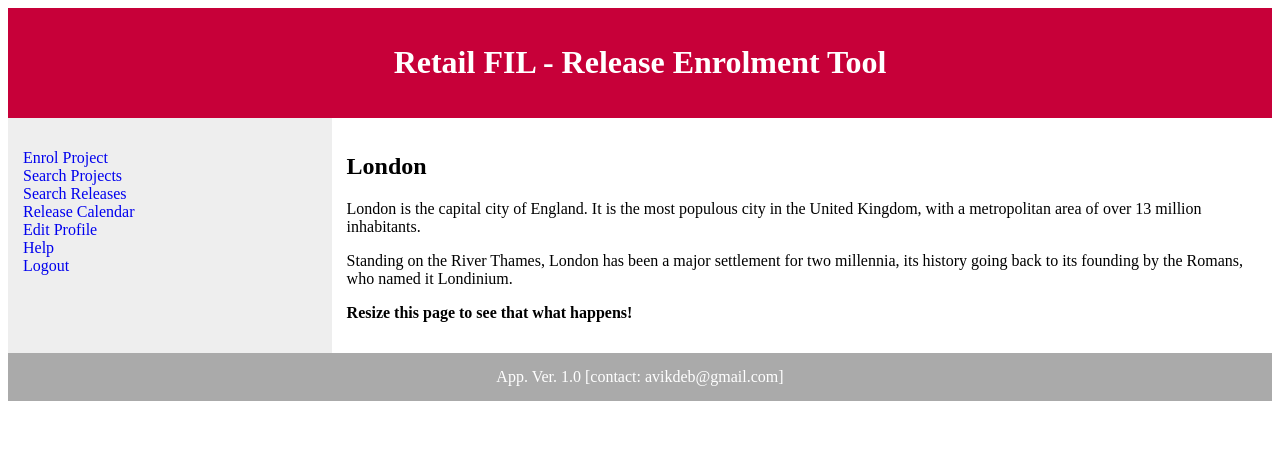
Repository: guribrar/enrolmentapp
Page: http://localhost/enrolmentapp/testlogin.jsp
These files come from the project's save history. The page is drawn as it stood at one moment and after the next save; the edit follows.
The browser window is 1280 px wide. The pictures show the whole page.
The page is served by Tomcat 9.

Above is the page before, as saved 2016-12-31 14:42:51.

After the next save:
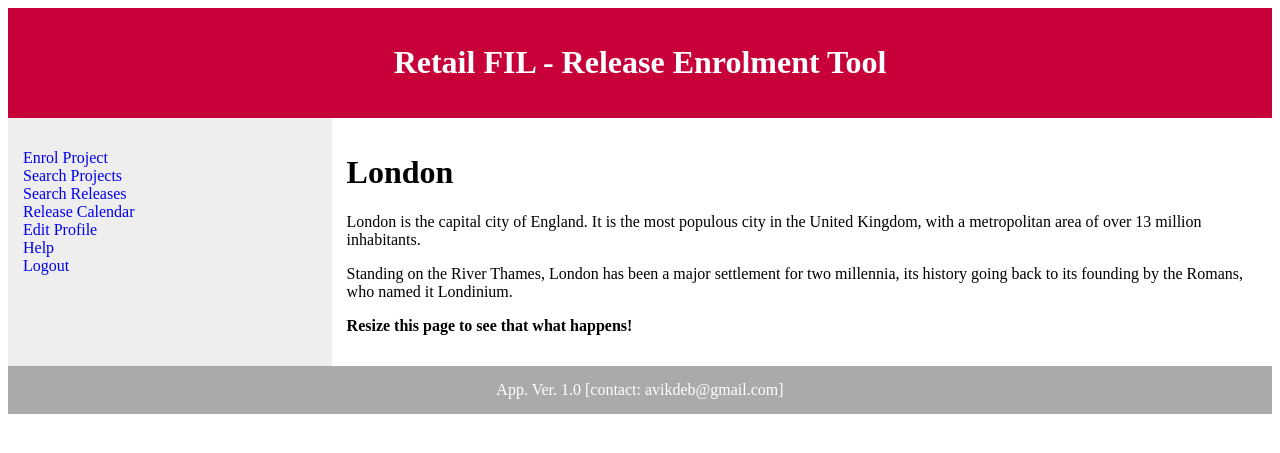
Saved 2 min 32 s later.
--- a/enrolmentapp/WebContent/testlogin.jsp
+++ b/enrolmentapp/WebContent/testlogin.jsp
@@ -22,7 +22,7 @@
     flex: 1 100%;
 }
 
-.article {
+.content {
     text-align: left;
 }
 
@@ -40,7 +40,7 @@
 
 @media all and (min-width: 768px) {
     .nav {text-align:left;-webkit-flex: 1 auto;flex:1 auto;-webkit-order:1;order:1;}
-    .article {-webkit-flex:5 0px;flex:5 0px;-webkit-order:2;order:2;}
+    .content {-webkit-flex:5 0px;flex:5 0px;-webkit-order:2;order:2;}
     footer {-webkit-order:3;order:3;}
 }
 </style>
@@ -64,14 +64,14 @@
 </ul>
 </nav>
 
-<article class="article">
+<content class="content">
   <h1>London</h1>
   <p>London is the capital city of England. It is the most populous city in the United Kingdom,
   with a metropolitan area of over 13 million inhabitants.</p>
   <p>Standing on the River Thames, London has been a major settlement for two millennia,
   its history going back to its founding by the Romans, who named it Londinium.</p>
   <p><strong>Resize this page to see that what happens!</strong></p>
-</article>
+</content>
 
 <footer>App. Ver. 1.0 [contact: avikdeb@gmail.com]</footer>
 </div>

After the save that followed:
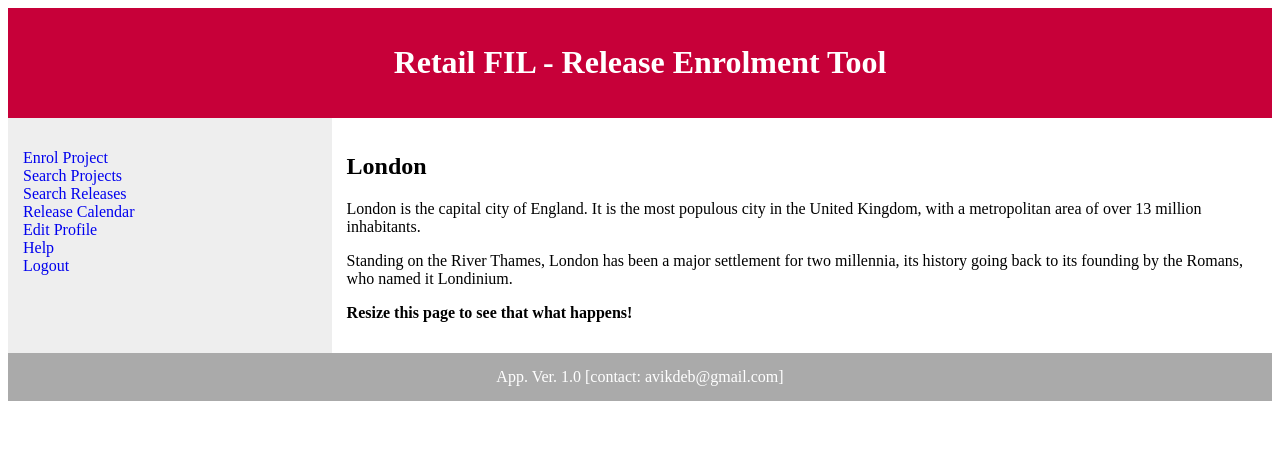
Saved 17 s later.
--- a/enrolmentapp/WebContent/testlogin.jsp
+++ b/enrolmentapp/WebContent/testlogin.jsp
@@ -64,14 +64,14 @@
 </ul>
 </nav>
 
-<content class="content">
+<article class="content">
   <h1>London</h1>
   <p>London is the capital city of England. It is the most populous city in the United Kingdom,
   with a metropolitan area of over 13 million inhabitants.</p>
   <p>Standing on the River Thames, London has been a major settlement for two millennia,
   its history going back to its founding by the Romans, who named it Londinium.</p>
   <p><strong>Resize this page to see that what happens!</strong></p>
-</content>
+</article>
 
 <footer>App. Ver. 1.0 [contact: avikdeb@gmail.com]</footer>
 </div>
